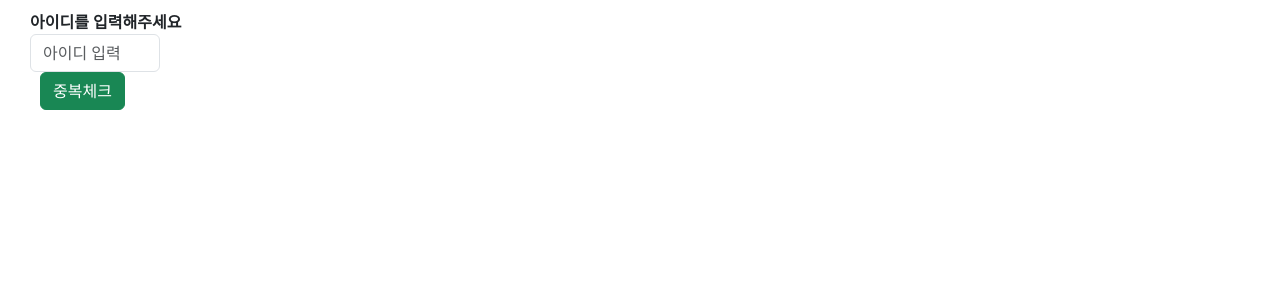
Repository: JunbroGit/SistProject
Page: http://localhost/jsaAjaxProject/mem_gaip/idSearch.jsp
These files come from the project's save history. The page is drawn as it stood at one moment and after the next save; the edit follows.
The browser window is 1280 px wide. The pictures show the whole page.
Some web fonts or font styles are not loaded; a fallback is used. The page is served by Tomcat 9.

Above is the page before, as saved 2024-03-18 03:43:03.

After the next save:
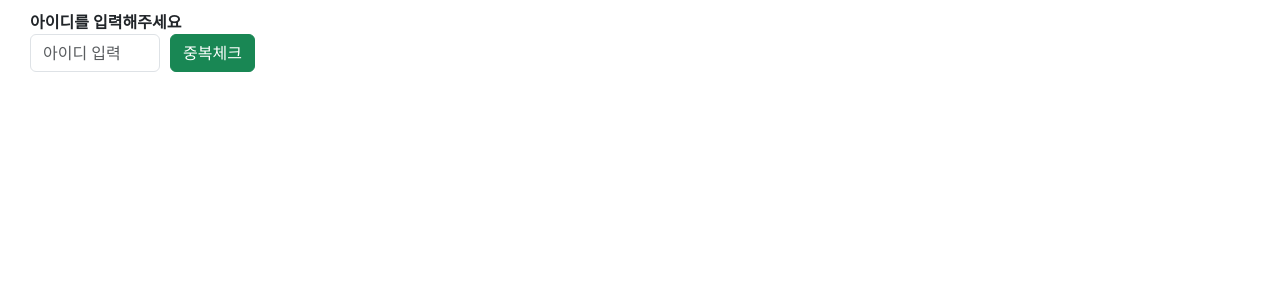
Saved 44 s later.
--- a/jspwork/jsaAjaxProject/src/main/webapp/mem_gaip/idSearch.jsp
+++ b/jspwork/jsaAjaxProject/src/main/webapp/mem_gaip/idSearch.jsp
@@ -18,8 +18,10 @@
 		<div style="margin: 10px 30px;">
 			<form action="idSearch.jsp" method="post">
 				<b>아이디를 입력해주세요</b><br>
+				<div class="d-inline-flex">
 				<input type="text" name="m_id" class="form-control" style="width: 130px;" required="required" placeholder="아이디 입력">
 				<button type="submit" class="btn btn-success" style="margin-left: 10px;">중복체크</button>
+				</div>
 			</form>
 		</div>
 	<%}
